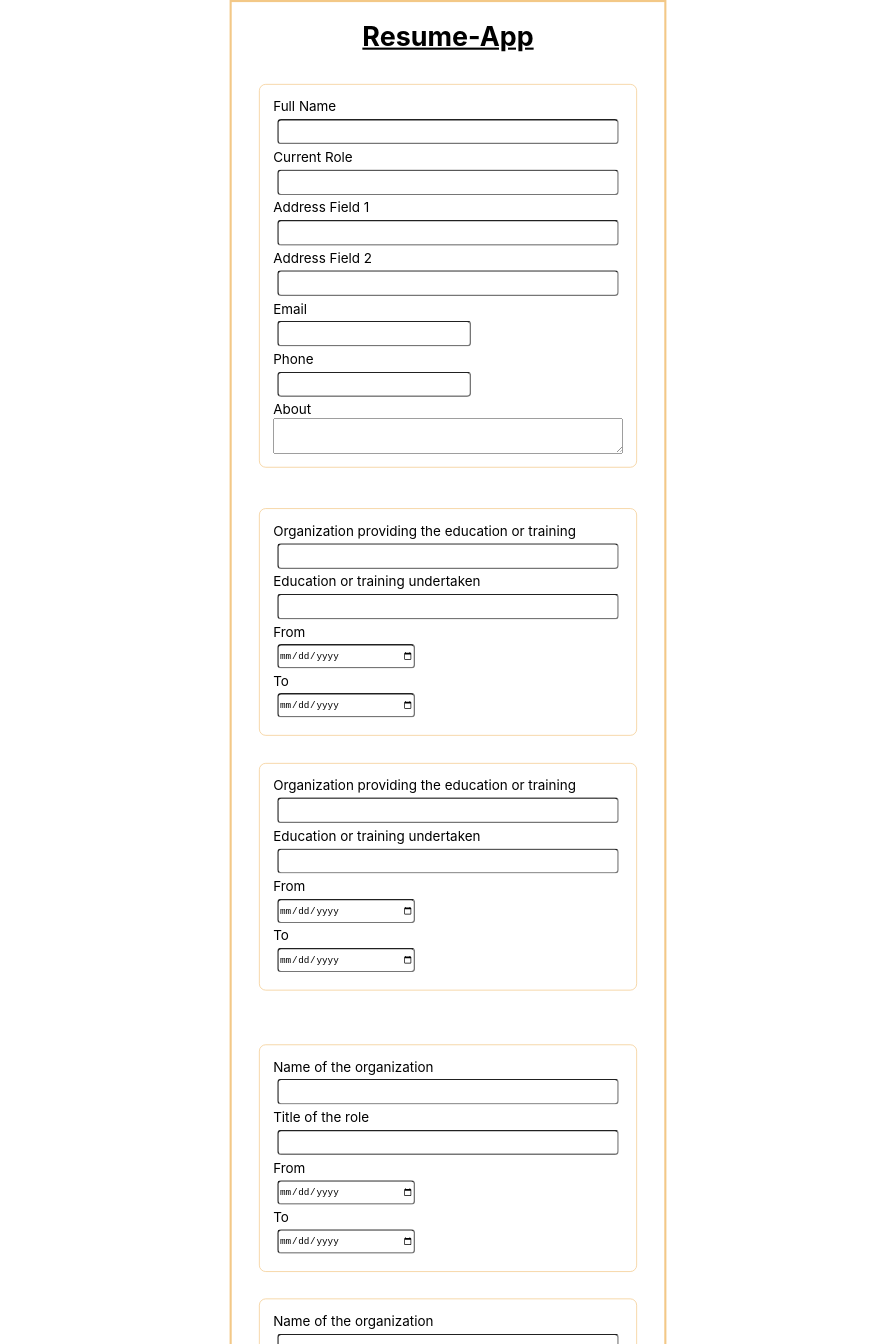
Repository: 0101chaitanya/resume-app
Page: /
The author's editor kept a copy of each file at every save. The page is drawn from the files as they stood at one save, then again after the next save.
The browser window is 1280 px wide. The pictures show the part of the page from y = 0 to 1920 px (the page is 3501 px tall before and 3497 px after), at 70% of full size.
The project was rebuilt for these pictures with package versions that can differ from the ones it lists, and the page was loaded fresh each time.

Above is the page before, as saved 2021-07-28 18:29:17.

### src/App.js
import React, { useState, useEffect } from "react";
import logo from "./logo.svg";
import "./App.css";
import Section1 from "./components/section1";
import Section2 from "./components/section2";
import Section3 from "./components/section3";
/* fullName: "",
    currentRole: "",
    address1: "",
    address2: "",
    about: "",
    phone: "",
    email: "",

    schoolName1: "",
    titleOfStudy1: "",
    from1: "",
    to1: "",

    schoolName2: "",
    titleOfStudy2: "",
    from2: "",
    to2: "",

    organizationName1: "",
    titleOfRole1: "",
    workedFrom1: "",
    workedTill1: "",

    organizationName2: "",
    titleOfRole2: "",
    workedFrom2: "",
    workedTill2: "",


    */

function App() {
  const [state, setState] = useState({
    skills: "",

    project1: "",
    project2: "",
    project3: "",
  });
  useEffect(() => {
    console.log(state);
  });
  const onChange = (e) => {
    const { name, value } = e.target;
    console.log(name, value);
    setState({
      ...state,
      [name]: value,
    });
    console.log(state);
  };
  const handleSubmit = (e) => {
    localStorage.setItem("savedData", JSON.stringify(state));
    setState({
      fullName: "",
      currentRole: "",
      address1: "",
      address2: "",
      email: "",
      phone: "",
      about: "fsfesffsffsefsfsefes",
      schoolName1: "",
      titleOfStudy1: "",
      from1: "",
      to1: "",
      schoolName2: "",
      titleOfStudy2: "",
      from2: "",
      to2: "",
      organizationName1: "",
      titleOfRole1: "",
      workedFrom1: "",
      workedTill1: "",
      organizationName2: "",
      titleOfRole2: "",
      workedFrom2: "",
      workedTill2: "",
      skills: "",
      project1: "",
      project2: "",
      project3: "",
    });
    e.target.submit();
  };

  return (
    <div className="app">
      <header className="App-header">
        <h1>Resume-App</h1>
      </header>
      <form
        onSubmit={(e) => {
          e.preventDefault();
          handleSubmit(e);
        }}
      >
        <Section1 state={state} onChange={onChange.bind(this)} />
        <Section2 state={state} onChange={onChange.bind(this)} />
        <Section3 state={state} onChange={onChange.bind(this)} />

        <div className="section section3">
          <div className="job1">
            <label htmlFor="organizationName1">
              Name of the organization
              <input
                required
                id="organizationName1"
                name="organizationName1"
                onChange={onChange}
                value={state.organizationName1}
                type="text"
              />
            </label>
            <label htmlFor="titleOfRole1">
              Title of the role
              <input
                required
                id="titleOfRole1"
                name="titleOfRole1"
                onChange={onChange}
                value={state.titleOfRole1}
                type="text"
              />
            </label>
            <label htmlFor="workedFrom1">
              From
              <input
                required
                id="workedFrom1"
                name="workedFrom1"
                onChange={onChange}
                value={state.workedFrom1}
                type="date"
              />
            </label>
            <label htmlFor="workedTill1">
              To
              <input
                required
                id="workedTill1"
                name="workedTill1"
                onChange={onChange}
                value={state.workedTill1}
                type="date"
              />
            </label>
          </div>
          <div className="job2">
            <label htmlFor="organizationName2">
              Name of the organization
              <input
                id="organizationName2"
                name="organizationName2"
                onChange={onChange}
                value={state.organizationName2}
                type="text"
              />
            </label>
            <label htmlFor="titleOfRole2">
              Title of the role
              <input
                id="titleOfRole2"
                name="titleOfRole2"
                onChange={onChange}
                value={state.titleOfRole2}
                type="text"
              />
            </label>
            <label htmlFor="workedFrom2">
              From
              <input
                id="workedFrom2"
                name="workedFrom2"
                onChange={onChange}
                value={state.workedFrom2}
                type="date"
              />
            </label>
            <label htmlFor="workedTill2">
              To
              <input
                id="workedTill2"
                name="workedTill2"
                onChange={onChange}
                value={state.workedTill2}
                type="date"
              />
            </label>
          </div>
        </div>
        <div className="section section4">
          <label htmlFor="skills">
            Skills
            <input
              required
              id="skills"
              name="skills"
              onChange={onChange}
              value={state.skills}
              type="text"
            />
          </label>
        </div>
        <div className="section section5">
          <ol>
            Projects:
            <li>
              <label htmlFor="project1">
                <input
                  required
                  id="project1"
                  name="project1"
                  onChange={onChange}
                  value={state.project1}
                  type="text"
                />
              </label>
            </li>
            <li>
              <label htmlFor="project2">
                <input
                  required
                  id="project2"
                  name="project2"
                  onChange={onChange}
                  value={state.project2}
                  type="text"
                />
              </label>
            </li>
            <li>
              <label htmlFor="project3">
                <input
                  id="project3"
                  name="project3"
                  onChange={onChange}
                  value={state.project3}
                  type="text"
                />
              </label>
            </li>
          </ol>
        </div>
        <button type="submit">Save</button>
      </form>
    </div>
  );
}

export default App;

### src/App.css
html {
  font-size: 1.2rem;
  font-weight: 400;
}
input {
  border-radius: 0.3rem;
  height: 1.6rem;
}
.app {
  margin: auto;
  display: flex;
  flex-direction: column;
  border: 0.2rem solid rgb(243, 200, 135);
  width: fit-content;
  height: fit-content;
}

h1 {
  text-align: center;
  text-decoration: underline;
}
label {
  display: flex;
  flex-direction: column;
}
input[type="text"] {
  width: 25rem;
  margin: 0.3rem;
}
input[type="email"],
input[type="tel"] {
  width: 14rem;

  margin: 0.3rem;
}

input[type="date"] {
  width: 10rem;

  margin: 0.3rem;
}
.edu1,
.edu2,
.job1,
.job2 {
  margin: 1rem;
  padding: 1rem;
  border-radius: 0.5rem;
  border: 1px solid rgb(243, 200, 135);
}
.section {
  margin: 1rem;
  display: flex;
  flex-direction: column;
  justify-content: center;
}
form {
  display: flex;
  flex-direction: column;
  align-items: center;
}
button {
  justify-self: center;
  align-self: center;
  margin: 1rem;
  padding: 0.5rem;
  background-color: rgb(236, 236, 177);
  border-radius: 0.3rem;
}

.section1,
.section4,
.section5 {
  margin: 1rem;
  padding: 1rem;

  border-radius: 0.5rem;
  border: 1px solid rgb(243, 200, 135);
}

### src/components/section1.js
import React, { useState } from "react";

export default function Section1(props) {
  const [state, setState] = useState({
    fullName: props.state.fullName,
    currentRole: props.state.currentRole,
    address1: props.state.address1,
    address2: props.state.address2,
    email: props.state.email,
    phone: props.state.phone,
    about: props.state.about,

    /* fullName: "",
    currentRole: "",
    address1: "",
    address2: "",
    about: "",
    phone: "",
    email: "", */
  });
  return (
    <div className="section section1">
      <label htmlFor="fullName">
        Full Name
        <input
          required
          id="fullName"
          name="fullName"
          onChange={(e) => props.onChange(e)}
          value={state.fullName}
          type="text"
        />
      </label>
      <label htmlFor="currentRole">
        Current Role
        <input
          required
          id="currentRole"
          name="currentRole"
          onChange={props.onChange}
          value={state.currentRole}
          type="text"
        />
      </label>
      <label htmlFor="address1">
        Address Field 1
        <input
          required
          id="address1"
          name="address1"
          onChange={props.onChange}
          value={state.address1}
          type="text"
        />
      </label>
      <label htmlFor="address2">
        Address Field 2
        <input
          required
          id="address2"
          name="address2"
          onChange={props.onChange}
          value={state.address2}
          type="text"
        />
      </label>
      <label htmlFor="email">
        Email
        <input
          required
          id="email"
          name="email"
          onChange={props.onChange}
          value={state.email}
          type="email"
        />
      </label>
      <label htmlFor="phone">
        Phone
        <input
          required
          id="phone"
          name="phone"
          onChange={props.onChange}
          value={state.phone}
          type="tel"
        />
      </label>
      <label htmlFor="about">
        About
        <textarea
          rows={3}
          id="about"
          name="about"
          onChange={props.onChange}
          value={state.about}
        />
      </label>
    </div>
  );
}

### src/components/section2.js
import React, { useState } from "react";

export default function Section2(props) {
  const [state, setState] = useState({
    schoolName1: props.state.schoolName1,
    titleOfStudy1: props.state.titleOfStudy1,
    from1: props.state.from1,
    to1: props.state.to1,

    schoolName2: props.state.schoolName2,
    titleOfStudy2: props.state.titleOfStudy2,
    from2: props.state.from2,
    to2: props.state.to2,
  });

  return (
    <div className="section section2">
      <div className="edu1">
        <label htmlFor="schoolName1">
          Organization providing the education or training
          <input
            required
            id="schoolName1"
            name="schoolName1"
            onChange={props.onChange}
            value={state.schoolName1}
            type="text"
          />
        </label>
        <label htmlFor="titleOfStudy1">
          Education or training undertaken
          <input
            required
            id="titleOfStudy1"
            name="titleOfStudy1"
            onChange={props.onChange}
            value={state.titleOfStudy1}
            type="text"
          />
        </label>
        <label htmlFor="from1">
          From
          <input
            required
            id="from1"
            name="from1"
            onChange={props.onChange}
            value={state.from1}
            type="date"
          />
        </label>
        <label htmlFor="to1">
          To
          <input
            required
            id="to1"
            name="to1"
            onChange={props.onChange}
            value={state.to1}
            type="date"
          />
        </label>
      </div>
      <div className="edu2">
        <label htmlFor="schoolName2">
          Organization providing the education or training
          <input
            required
            id="schoolName2"
            name="schoolName2"
            onChange={props.onChange}
            value={state.schoolName2}
            type="text"
          />
        </label>
        <label htmlFor="titleOfStudy2">
          Education or training undertaken
          <input
            required
            id="titleOfStudy2"
            name="titleOfStudy2"
            onChange={props.onChange}
            value={state.titleOfStudy2}
            type="text"
          />
        </label>
        <label htmlFor="from2">
          From
          <input
            required
            id="from2"
            name="from2"
            onChange={props.onChange}
            value={state.from2}
            type="date"
          />
        </label>
        <label htmlFor="to2">
          To
          <input
            required
            id="to2"
            name="to2"
            onChange={props.onChange}
            value={state.to2}
            type="date"
          />
        </label>
      </div>
    </div>
  );
}

### src/components/section3.js
import React, { useState } from "react";

export default function Section3(props) {
  const [state, setState] = useState({
    organizationName1: props.state.organizationName1,
    titleOfRole1: props.state.titleOfRole1,
    workedFrom1: props.state.workedFrom1,
    workedTill1: props.state.workedTill1,

    organizationName2: props.state.organizationName2,
    titleOfRole2: props.state.titleOfRole2,
    workedFrom2: props.state.workedFrom2,
    workedTill2: props.state.workedTill2,
  });
  return (
    <div className="section section3">
      <div className="job1">
        <label htmlFor="organizationName1">
          Name of the organization
          <input
            required
            id="organizationName1"
            name="organizationName1"
            onChange={props.onChange}
            value={state.organizationName1}
            type="text"
          />
        </label>
        <label htmlFor="titleOfRole1">
          Title of the role
          <input
            required
            id="titleOfRole1"
            name="titleOfRole1"
            onChange={props.onChange}
            value={state.titleOfRole1}
            type="text"
          />
        </label>
        <label htmlFor="workedFrom1">
          From
          <input
            required
            id="workedFrom1"
            name="workedFrom1"
            onChange={props.onChange}
            value={state.workedFrom1}
            type="date"
          />
        </label>
        <label htmlFor="workedTill1">
          To
          <input
            required
            id="workedTill1"
            name="workedTill1"
            onChange={props.onChange}
            value={state.workedTill1}
            type="date"
          />
        </label>
      </div>
      <div className="job2">
        <label htmlFor="organizationName2">
          Name of the organization
          <input
            id="organizationName2"
            name="organizationName2"
            onChange={props.onChange}
            value={state.organizationName2}
            type="text"
          />
        </label>
        <label htmlFor="titleOfRole2">
          Title of the role
          <input
            id="titleOfRole2"
            name="titleOfRole2"
            onChange={props.onChange}
            value={state.titleOfRole2}
            type="text"
          />
        </label>
        <label htmlFor="workedFrom2">
          From
          <input
            id="workedFrom2"
            name="workedFrom2"
            onChange={props.onChange}
            value={state.workedFrom2}
            type="date"
          />
        </label>
        <label htmlFor="workedTill2">
          To
          <input
            id="workedTill2"
            name="workedTill2"
            onChange={props.onChange}
            value={state.workedTill2}
            type="date"
          />
        </label>
      </div>
    </div>
  );
}

Loaded but not shown: public/index.html (common file); src/index.js (common file); src/index.css (common file); src/reportWebVitals.js (common file)

After the next save:
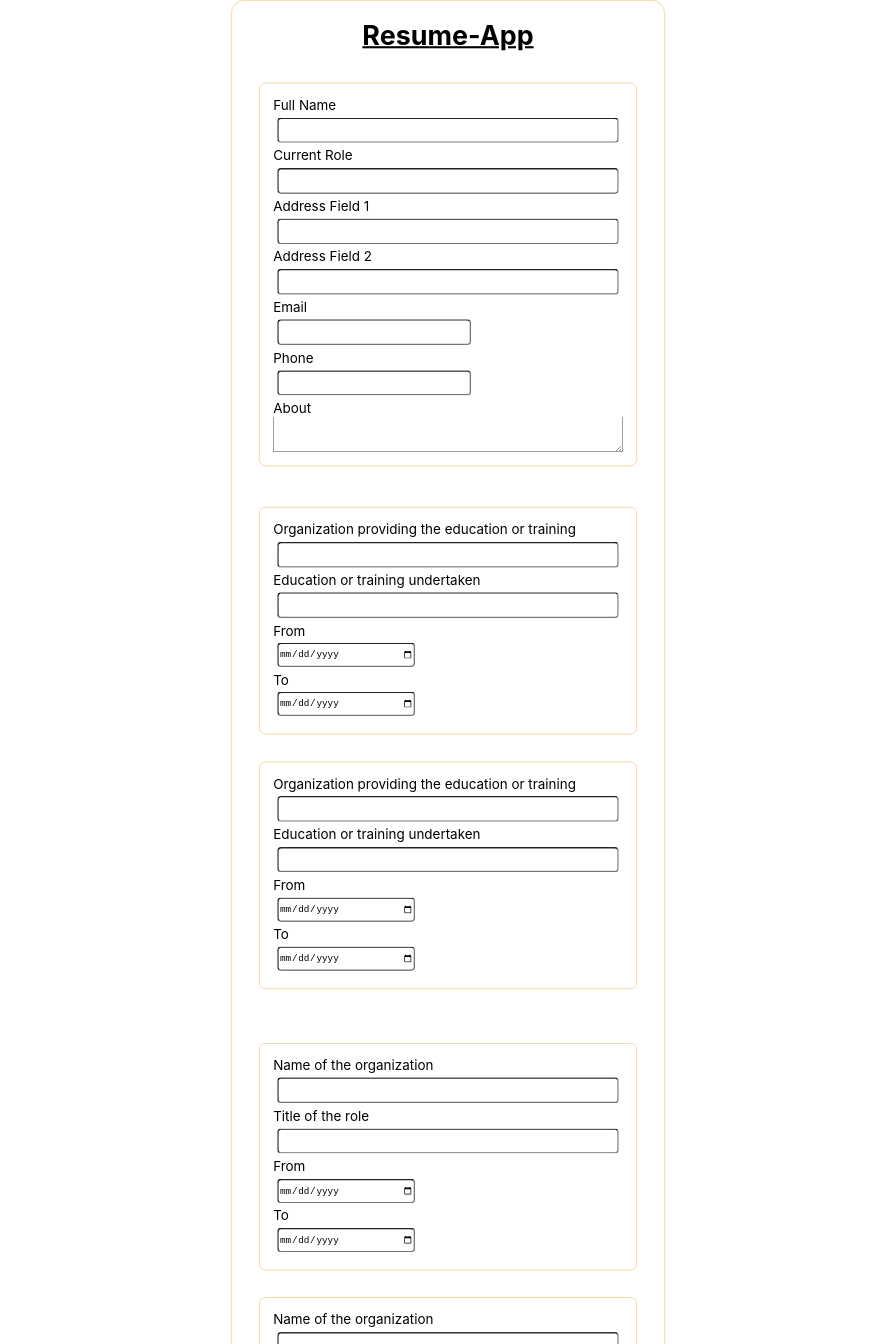
Saved 17 s later.
--- a/src/App.css
+++ b/src/App.css
@@ -10,8 +10,9 @@ input {
   margin: auto;
   display: flex;
   flex-direction: column;
-  border: 0.2rem solid rgb(243, 200, 135);
+  border: 0.1rem solid rgb(243, 200, 135);
   width: fit-content;
+  border-radius: 1rem;
   height: fit-content;
 }
 
